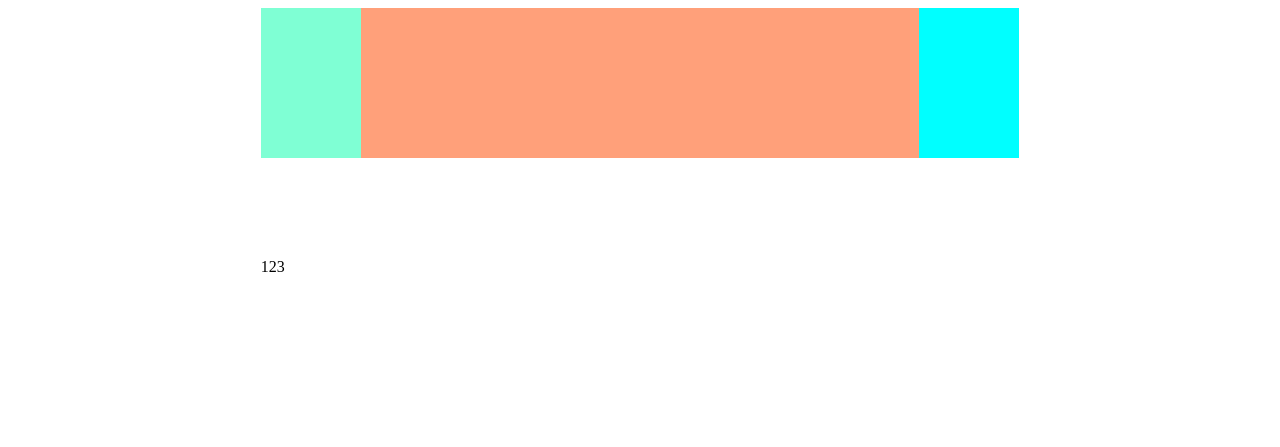
Repository: liutian97/learn1
Page: 移动端web开发/代码/2. Flex 伸缩布局/09-flex子项flex份数.html
An editor plug-in stored every save of this project. The page is shown before and after a run of saves, followed by the edit.
The browser window is 1280 px wide. The pictures show the whole page.

Above is the page before, as saved 2022-07-02 17:55:49.

### 移动端web开发/代码/2. Flex 伸缩布局/09-flex子项flex份数.html
<!DOCTYPE html>
<html lang="en">

<head>
  <meta charset="UTF-8">
  <meta http-equiv="X-UA-Compatible" content="IE=edge">
  <meta name="viewport" content="width=device-width, initial-scale=1.0">
  <title>Document</title>
  <style>
    /* ( 实现 左侧和右侧固定，中间自适应 的效果 ) */
    section {
      display: flex;
      width: 60%;
      height: 150px;
      background-color: darkgrey;
      margin: 0 auto;
    }

    section div:nth-child(1) {
      width: 100px;
      height: 150px;
      background-color: aquamarine;
    }

    section div:nth-child(2) {
      flex: 1;
      background-color: lightsalmon;
    }

    section div:nth-child(3) {
      width: 100px;
      height: 150px;
      background-color: aqua;
    }

    p {
      display: flex;
      width: 60%;
      height: 150px;
      background-color:;
      margin: 100px auto;
    }
  </style>
</head>

<body>
  <section>
    <div></div>
    <div></div>
    <div></div>
  </section>

  <p>
    <span>1</span>
    <span>2</span>
    <span>3</span>
  </p>
</body>

</html>


<!-- <!DOCTYPE html>
<html lang="en">

<head>
    <meta charset="UTF-8">
    <meta name="viewport" content="width=device-width, initial-scale=1.0">
    <meta http-equiv="X-UA-Compatible" content="ie=edge">
    <title>Document</title>
    <style>
        section {
            display: flex;
            width: 60%;
            height: 150px;
            background-color: pink;
            margin: 0 auto;
        }

        section div:nth-child(1) {
            width: 100px;
            height: 150px;
            background-color: red;
        }

        section div:nth-child(2) {
            flex: 1;
            background-color: green;
        }

        section div:nth-child(3) {
            width: 100px;
            height: 150px;
            background-color: blue;
        }

        p {
            display: flex;
            width: 60%;
            height: 150px;
            background-color: pink;
            margin: 100px auto;
        }

        p span {
            flex: 1;
        }

        p span:nth-child(2) {
            flex: 2;
            background-color: purple;
        }
    </style>
</head>

<body>
    <section>
        <div></div>
        <div></div>
        <div></div>
    </section>
    <p>
        <span>1</span>
        <span>2</span>
        <span>3</span>
    </p>
</body>

</html> -->

After the next 2 saves:
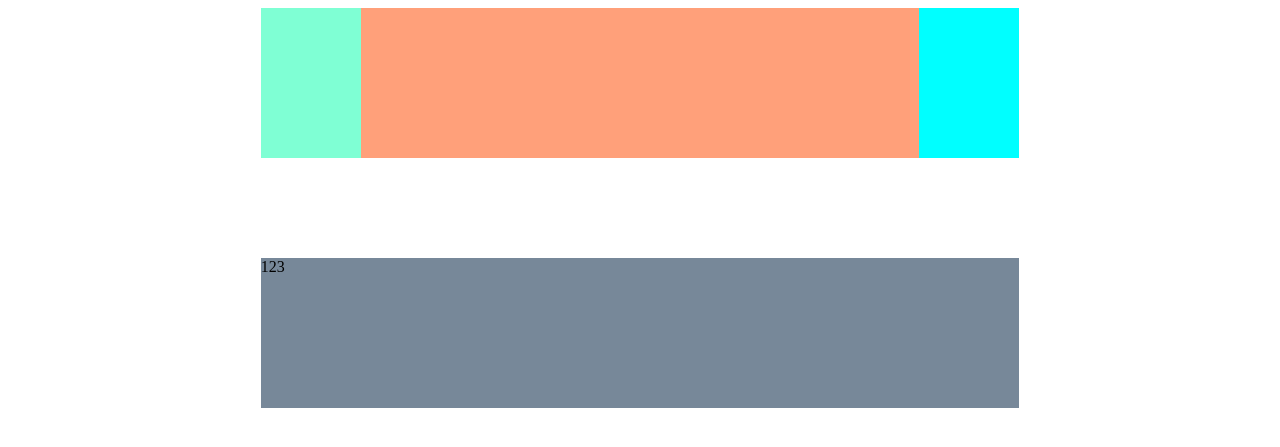
The 2 saves are shown as one change because they came seconds apart.
The last was saved 12 s later.
--- a/移动端web开发/代码/2. Flex 伸缩布局/09-flex子项flex份数.html
+++ b/移动端web开发/代码/2. Flex 伸缩布局/09-flex子项flex份数.html
@@ -37,7 +37,7 @@
       display: flex;
       width: 60%;
       height: 150px;
-      background-color:;
+      background-color: lightslategray;
       margin: 100px auto;
     }
   </style>
